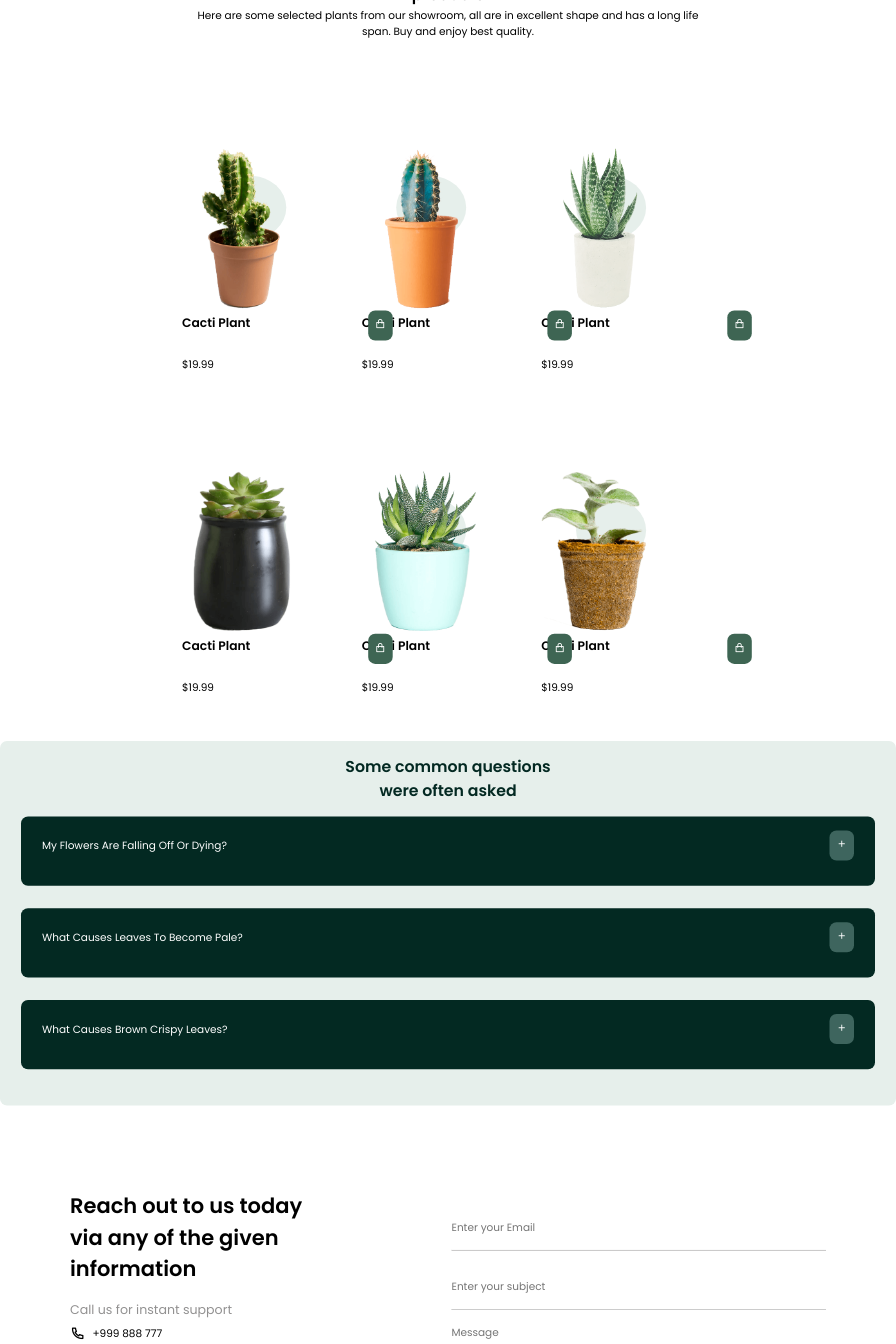
Repository: OmniaRafat232111121/plantwebsite
Page: index.html
The author's editor kept a copy of each file at every save. The page is drawn from the files as they stood at one save, then again after the next save.
The browser window is 1280 px wide. The pictures show the part of the page from y = 1768 to 3688 px (the page is 4291 px tall before and 4276 px after), at 70% of full size.

Above is the page before, as saved 2023-01-05 17:03:13.

After the next save:
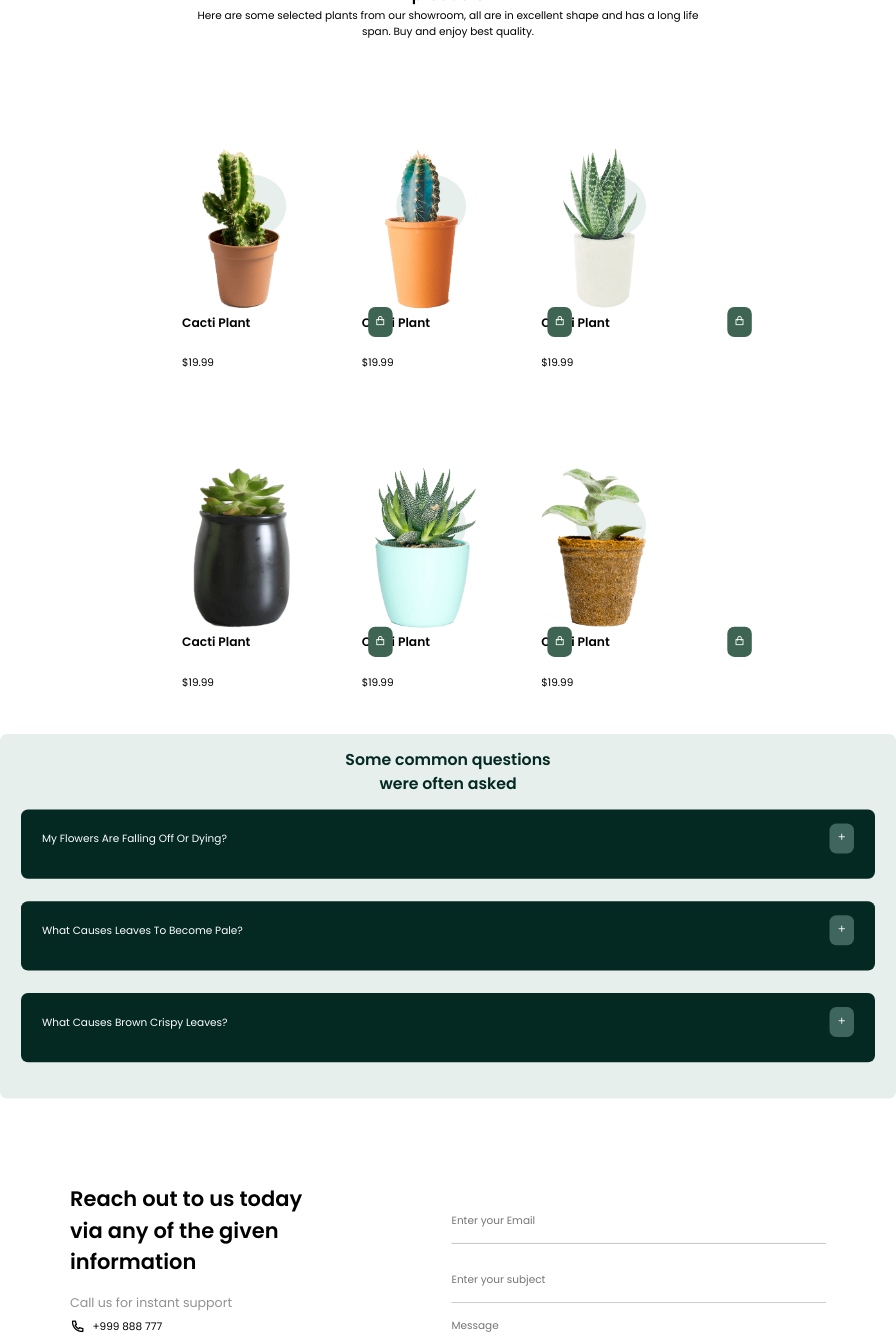
Saved 7 s later.
--- a/assets/css/styles.css
+++ b/assets/css/styles.css
@@ -745,7 +745,7 @@ margin-top: 40px;
 .box button{
   position:relative;
   top:-60px;
-  margin-top: 10px;
+  margin-top: 5px;
   right:-140px;
   background-color: #032922;
   padding:10px;
